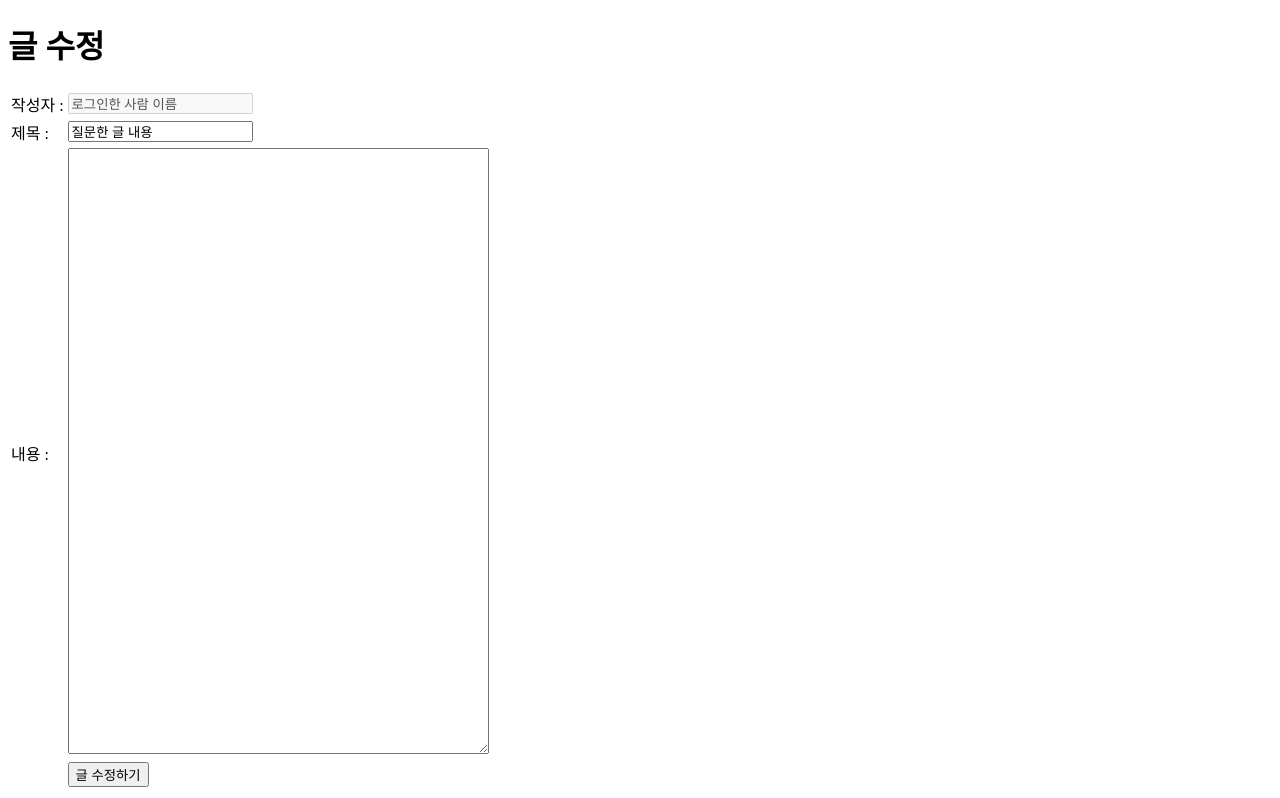
Repository: lbj0314/webTest
Page: Html_ex1/WebContent/qna/qnaUpdate.html
These files come from the project's save history. The page is drawn as it stood at one moment and after the next save; the edit follows.
The browser window is 1280 px wide. The pictures show the whole page.

Above is the page before, as saved 2019-10-16 08:06:23.

### Html_ex1/WebContent/qna/qnaUpdate.html
<!DOCTYPE html>
<html>
<head>
<meta charset="UTF-8">
<title>질문 글 수정</title>
</head>
<body>
<h1>글 수정</h1>
	<form action="./qnaListOne.html" method="get">
	<table>
	<tr>
	<td>작성자 :</td>
	<td> <input type="text" value="로그인한 사람 이름" name="name" disabled="disabled"></td>
	</tr>
	<tr>
	<td>제목 : </td>
	<td><input type="text"  value="질문한 글 내용" name="title">

	</td>
	</tr>
	<tr>
	<td>내용 : </td>
	<td> <textarea rows="40" cols="50" name="content"></textarea>
	</td>

	</tr>
	<tr>
	<td></td>
	<td>
		<input type="submit" value="글 수정하기" name="qnaUpdate">
		</td>
	</tr>
	</table>
	</form>
</body>
</html>

After the next save:
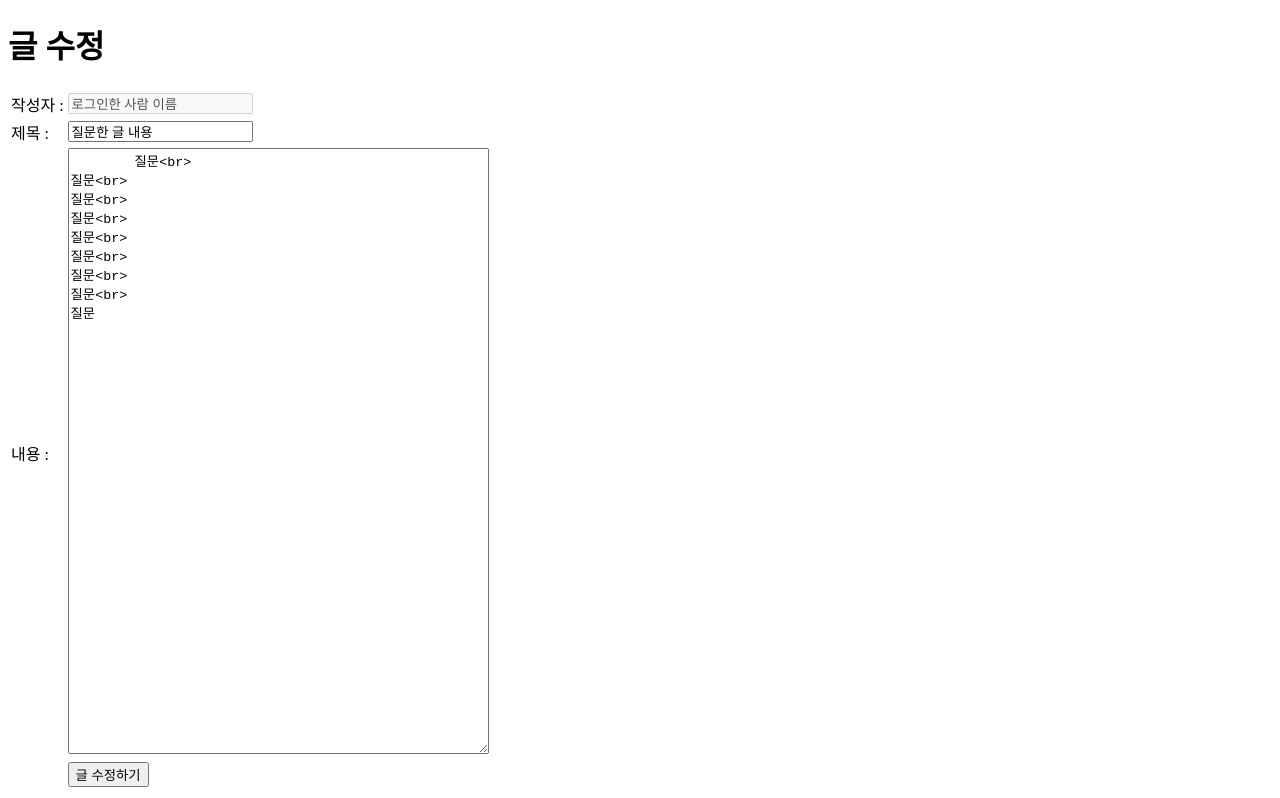
Saved 92 s later.
--- a/Html_ex1/WebContent/qna/qnaUpdate.html
+++ b/Html_ex1/WebContent/qna/qnaUpdate.html
@@ -20,7 +20,17 @@
 	</tr>
 	<tr>
 	<td>내용 : </td>
-	<td> <textarea rows="40" cols="50" name="content"></textarea>
+	<td> <textarea rows="40" cols="50" name="content">
+	질문<br>
+질문<br>
+질문<br>
+질문<br>
+질문<br>
+질문<br>
+질문<br>
+질문<br>
+질문
+	</textarea>
 	</td>
 
 	</tr>
